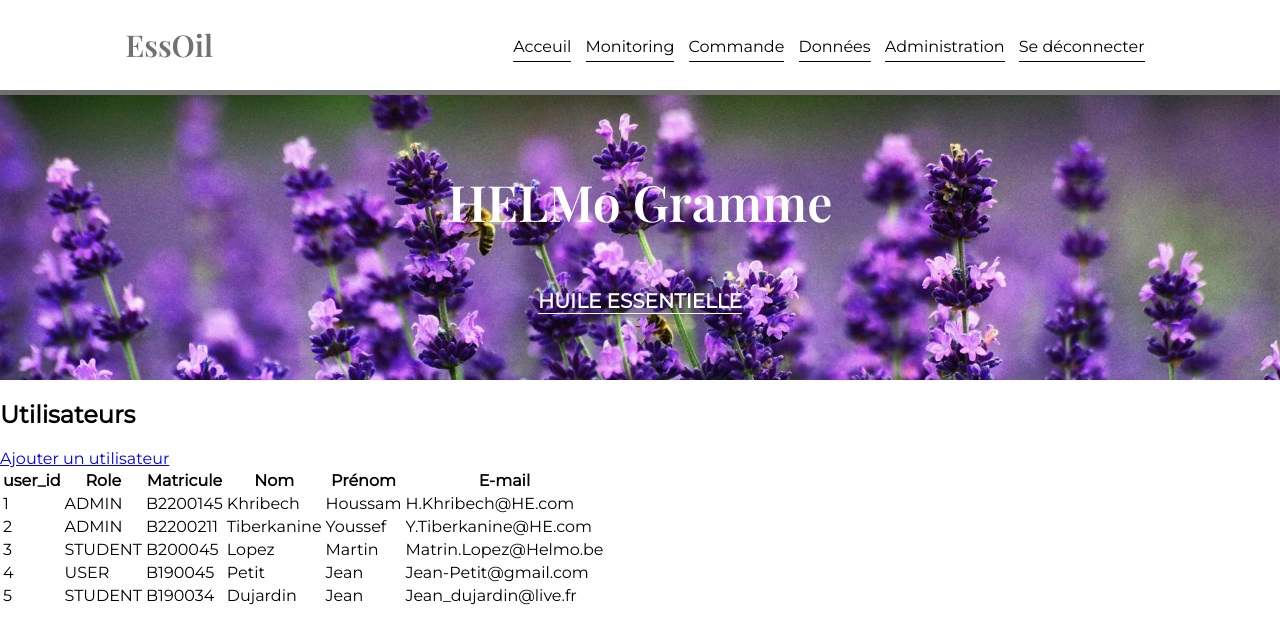
Repository: houssamkhribech/EssOil
Page: http://localhost/administration
An editor plug-in stored every save of this project. The page is shown before and after a run of saves, followed by the edit.
The browser window is 1280 px wide. The pictures show the whole page.
The page is served by the project's application, run on Flask 3 (server.py). The session is filled in as if someone had signed in: {"username": "testuser", "user_id": 1, "role": "admin", "matricule": 1}. The page reads the database file committed with the project.

Above is the page before, as saved 2022-01-15 16:59:56.

After the next 3 saves:
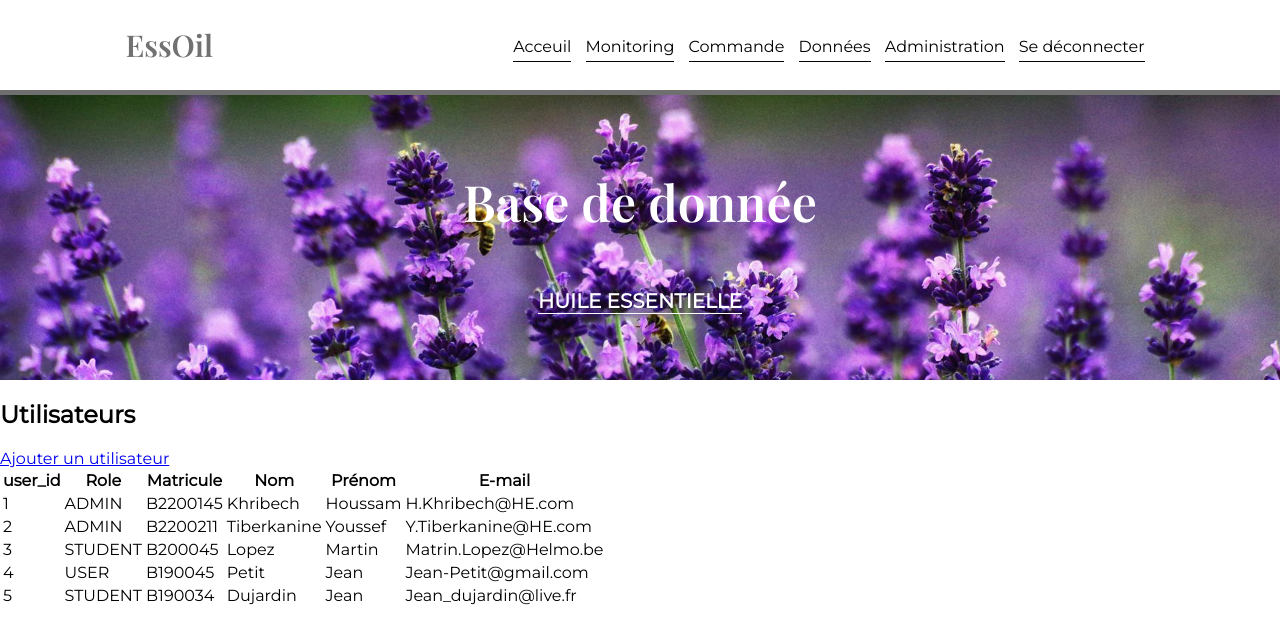
The 3 saves are shown as one change because they came seconds apart.
The last was saved 65 s later.
--- a/code/templates/administration.html
+++ b/code/templates/administration.html
@@ -30,7 +30,7 @@
 
     <!-- Header -->
     <header>
-        <h1>HELMo Gramme</h1>
+        <h1>Base de donnée</h1>
         <h4>HUILE ESSENTIELLE</h4>
     </header>
     <h2>Utilisateurs</h2>
